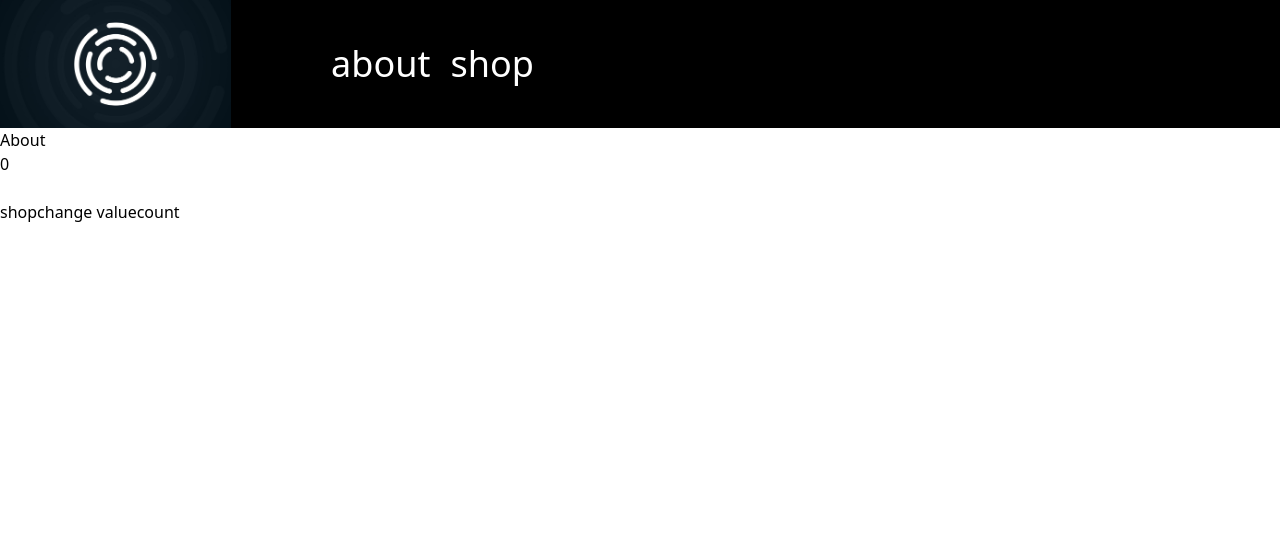
Repository: AstriaFinance/AstriaMvp
Page: /about
These files come from the project's save history. The page is drawn as it stood at one moment and after the next save; the edit follows.
The browser window is 1280 px wide. The pictures show the whole page.
The project was rebuilt for these pictures with package versions that can differ from the ones it lists, and the page was loaded fresh each time. Also part of the build but not shown: src/components/Shop.jsx, src/components/ErrorPage.jsx.

Above is the page before, as saved 2022-06-21 15:16:49.

After the next save:
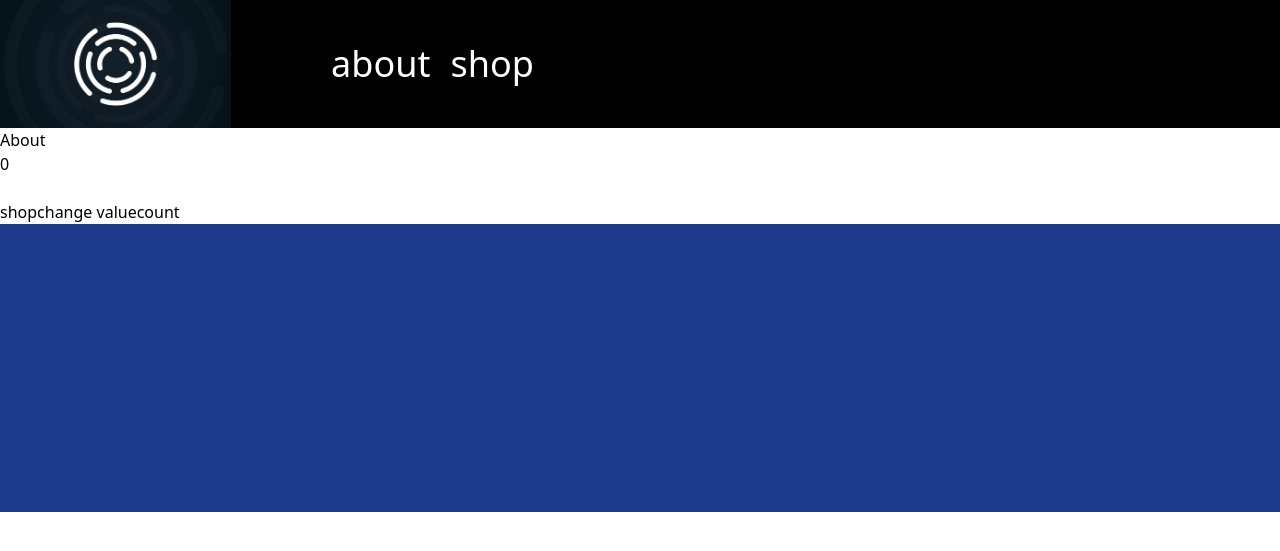
Saved 70 s later.
--- a/src/components/Home.jsx
+++ b/src/components/Home.jsx
@@ -2,7 +2,7 @@ import React from 'react'
 
 const Home = () => {
   return (
-    <div className='flex justify-center h-1/2 bg-blue-900'></div>
+    <div className='flex justify-center h-72 bg-blue-900'></div>
   )
 }
 
